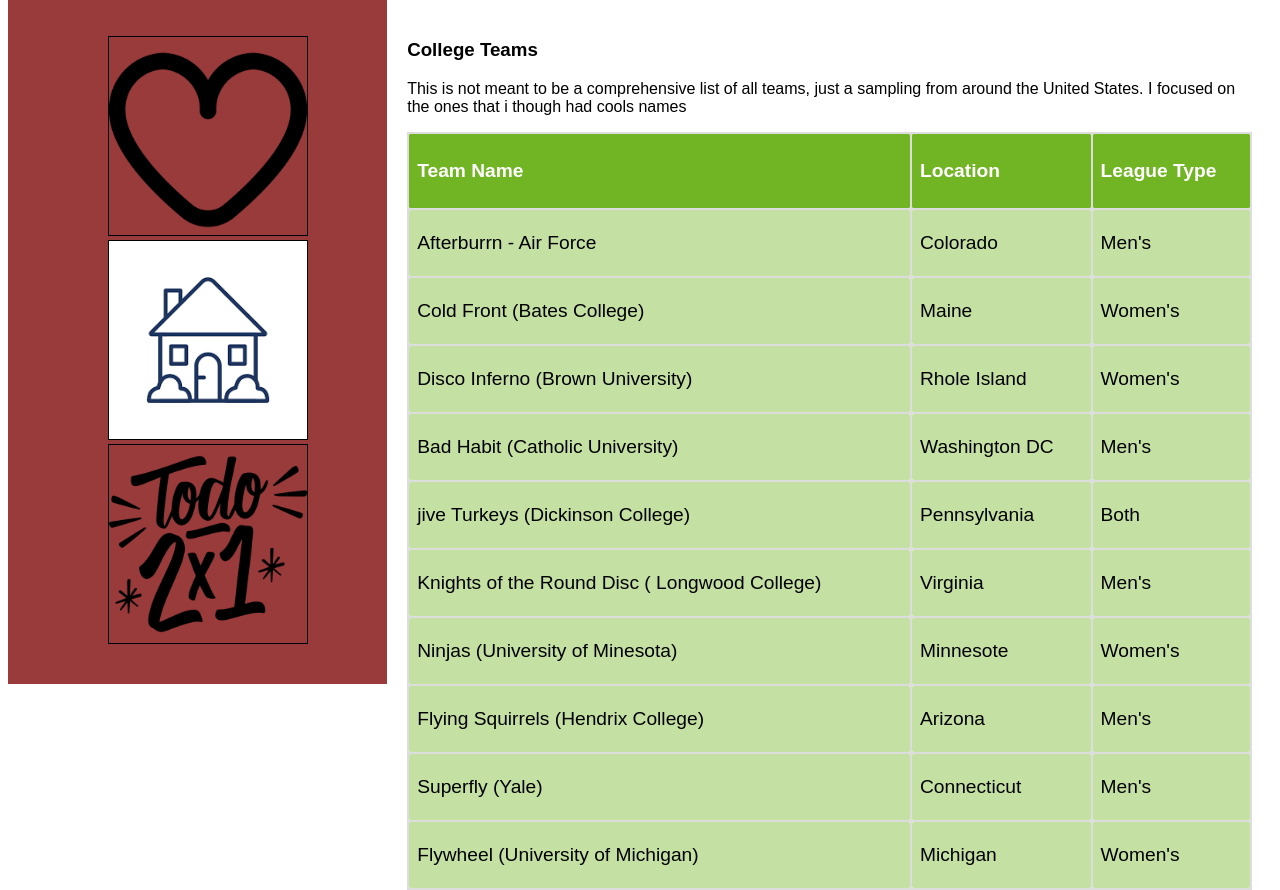
Repository: Tram-anh99/Blockchain_Funix
Page: CSS/Lab6_2.html
An editor plug-in stored every save of this project. The page is shown before and after the next save, followed by the edit.
The browser window is 1280 px wide. The pictures show the part of the page from y = 342 to 1232 px (the page is 1232 px tall).

Above is the page before, as saved 2023-07-20 00:48:49.

### CSS/Lab6_2.html
<!DOCTYPE html>
<html lang="en">
      <head>
            <title></title>
            <meta charset="UTF-8">
            <meta name="viewport" content="width=device-width, initial-scale=1">
            <link href="Lab6_2.css" rel="stylesheet">
      </head>
      <body>
            <header>
                  <h1>ULIMATE FRISBEE TEAMS</h1>
                  <div>
                        <p>Home</p>
                        <p>Teams</p>
                        <p>History</p>
                        <p>USA Ultimate</p>
                  </div>
            </header>
            <section>
                  <nav>
                        <ul>
                          <ol><img src="./img/heart.png" alt=""></ol>
                          <ol><img src="./img/images.png" alt=""></ol>
                          <ol><img src="./img/sales.png" alt=""></ol>
                        </ul>
                      </nav>

                      <article>
                        <h1>College Teams</h1>
                        <p>This is not meant to be a comprehensive list of all teams, just a sampling from around the United States. I focused on the ones that i though had cools names</p>
                        <table>
                              <tr>
                                    <th>Team Name</th>
                                    <th>Location</th>
                                    <th>League Type</th>
                              </tr>
                              <tr>
                                    <td>Afterburrn - Air Force</td>
                                    <td>Colorado</td>
                                    <td>Men's</td>
                              </tr>
                              <tr>
                                    <td>Cold Front (Bates College)</td>
                                    <td>Maine</td>
                                    <td>Women's</td>
                              </tr>
                              <tr>
                                    <td>Disco Inferno (Brown University)</td>
                                    <td>Rhole Island</td>
                                    <td>Women's</td>
                              </tr>
                              <tr>
                                    <td>Bad Habit (Catholic University)</td>
                                    <td>Washington DC</td>
                                    <td>Men's</td>
                              </tr>
                              <tr>
                                    <td>jive Turkeys (Dickinson College)</td>
                                    <td>Pennsylvania</td>
                                    <td>Both</td>
                              </tr>
                              <tr>
                                    <td>Knights of the Round Disc ( Longwood College)</td>
                                    <td>Virginia</td>
                                    <td>Men's</td>
                              </tr>
                              <tr>
                                    <td>Ninjas (University of Minesota)</td>
                                    <td>Minnesote</td>
                                    <td>Women's</td>
                              </tr>
                              <tr>
                                    <td>Flying Squirrels (Hendrix College)</td>
                                    <td>Arizona</td>
                                    <td>Men's</td>
                              </tr>
                              <tr>
                                    <td>Superfly (Yale)</td>
                                    <td>Connecticut</td>
                                    <td>Men's</td>
                              </tr>
                              <tr>
                                    <td>Flywheel (University of Michigan)</td>
                                    <td>Michigan</td>
                                    <td>Women's</td>
                              </tr>
                        </table>
                      </article>
            </section>
            <footer>

            </footer>
      </body>
</html>

### CSS/Lab6_2.css
* {
      box-sizing: border-box;
}

body {
      font-family: Arial, Helvetica, sans-serif;
}
header{
    /*
    margin: -20px;    */
    background-image:url("./img/img1.jpg") ;
    /* background-color: #666; */
    padding: 30px;
    text-align: center;
    font-size: 35px;
    color: white;
}
header h1 {
      text-align: center;
      font-style: inherit;
      font-size: larger;
      padding: 20px;
}
header p{
      margin: 30px;
      padding: 15px 35px;
      text-decoration: dotted;
      border-radius: 5px;
      opacity: inherit;
      text-align: center;
      display: inline-flex;
      justify-content:space-between;
      align-items: center;
      flex-flow: 1;
      background: rgba(60, 22, 228, 0.555);
      opacity: 5px;
}
nav  {
      /* margin-left: -7px;
      margin-right: 4px;
      float: left;
      width: 30%;
      height: 1000px;
      background: #ccc;
      padding: 20px;
      border: 1px solid red; */
      float: left;
      width: 30%;
      /* height: 300px;  */
      background: #993b3b;
      padding: 20px;
    }
nav a{
      margin: 35px;
      padding: 15px 40px;
      border-radius: 5px;
      opacity: inherit;
      /* text-align: left; */
      display: inline-flex;
      justify-content:space-between;
      /* float: left; */
      align-items:flex-start;
      background: rgba(224, 228, 22, 0.555);
      opacity: 5px;
}
article{
      /* margin-right: 3px;
      margin-left: -6px;
      float: right;
      width: 70%;
      background: #ffffff;
      padding: 20px;
      border: 1px solid red; */
      float: left;
      padding: 20px;
      width: 70%;
      /* background-color: #f1f1f1; */
      height: 300px;
}
table {
      font:500;
      width: 100%;
      line-height: 50px;
      border-collapse: collapse;
      text-align: left;
      font-size: larger;
      border: 2px solid rgb(155, 194, 47);
      border-radius: 5px;
}
td,th{
      border: 2px solid #ddd;
      padding: 8px;
      border-radius: 5px;
}
th {
      padding-top: 12px;
      padding-bottom: 12px;
      text-align: left;
      background-color: #5daa04cb;
      color: white;
      border-radius: 5px;
}
tr{
      background-color: #5daa045d;
}
img{
      padding-right: 0px;
      width: 200px;
      height: 200px;
      border: 1px solid black;
}

After the next save:
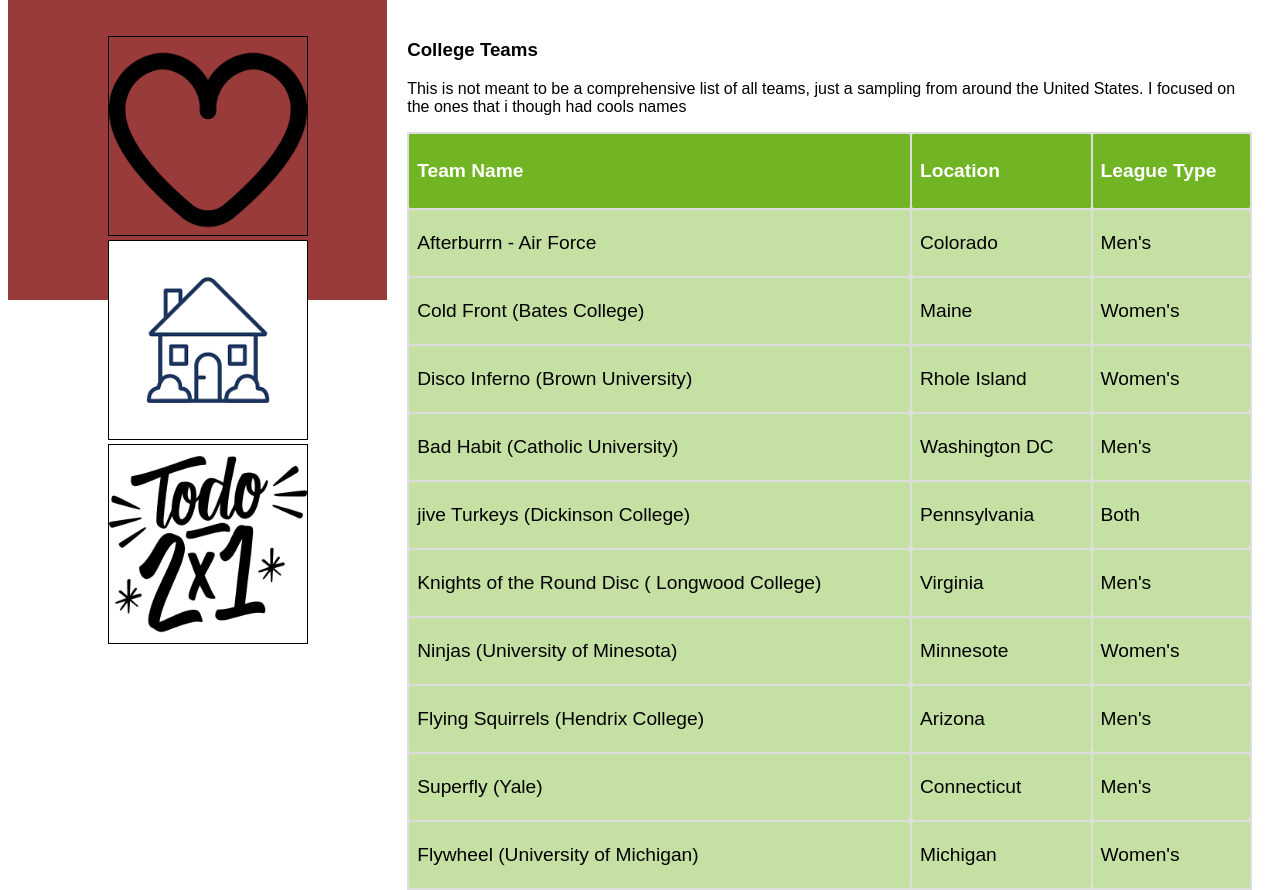
Saved 15 s later.
--- a/CSS/Lab6_2.css
+++ b/CSS/Lab6_2.css
@@ -46,7 +46,7 @@
       border: 1px solid red; */
       float: left;
       width: 30%;
-      /* height: 300px;  */
+      height: 300px;
       background: #993b3b;
       padding: 20px;
     }

After the save that followed:
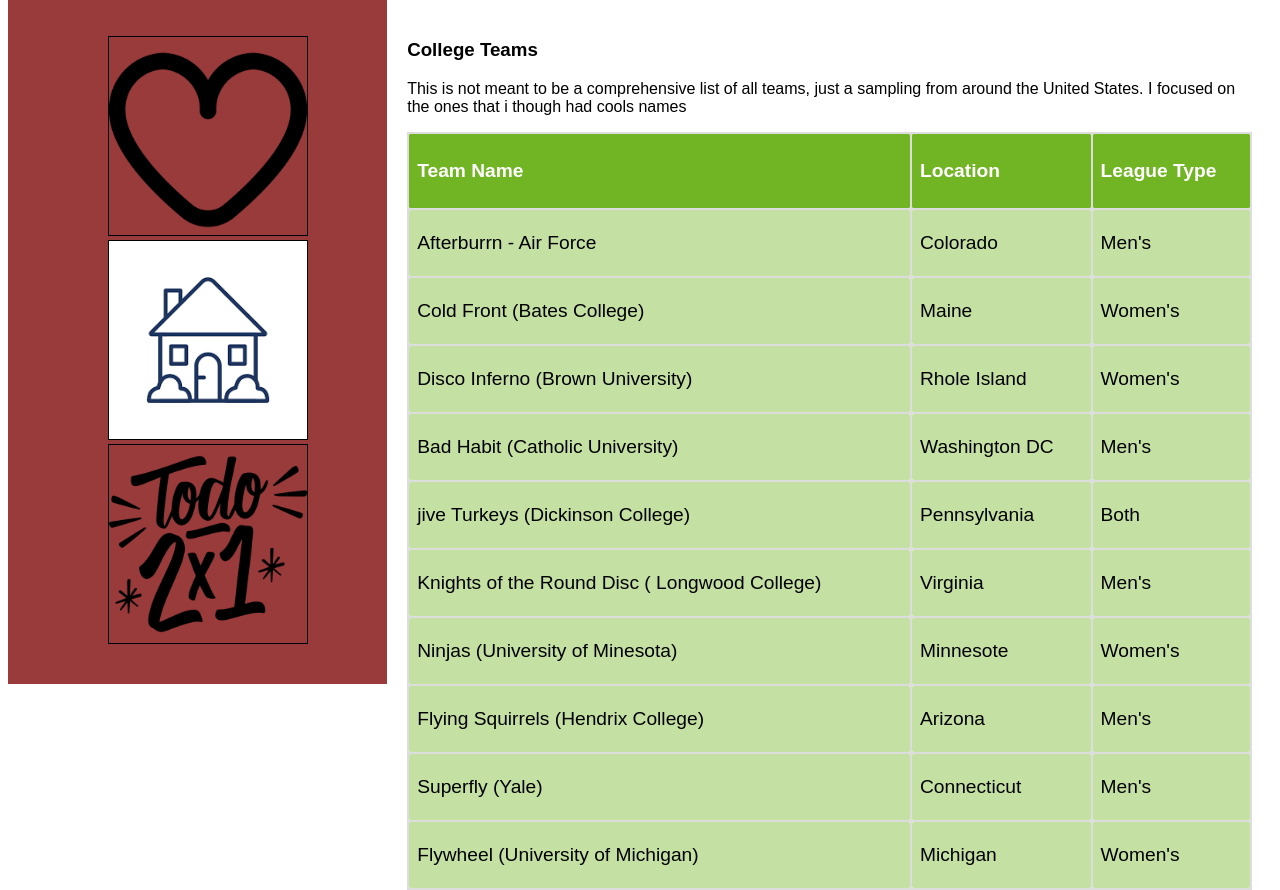
Saved 6 s later.
--- a/CSS/Lab6_2.css
+++ b/CSS/Lab6_2.css
@@ -46,7 +46,7 @@
       border: 1px solid red; */
       float: left;
       width: 30%;
-      height: 300px;
+      height: f;
       background: #993b3b;
       padding: 20px;
     }
